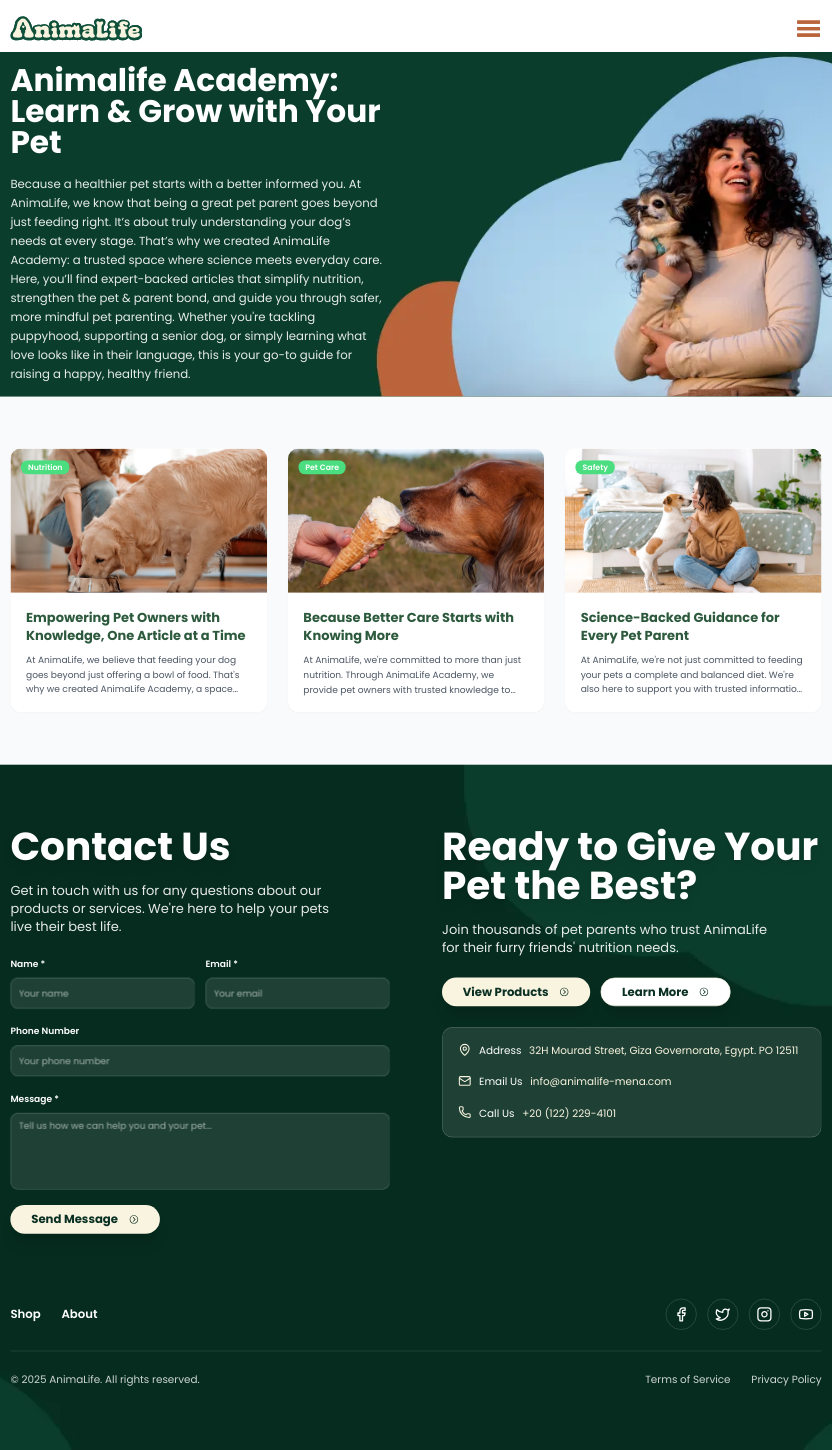
Repository: the-jupiteragency/animalife
Page: /academy
An editor plug-in stored every save of this project. The page is shown before and after the next save, followed by the edit.
The browser window is 1280 px wide. The pictures show the whole page, at 65% of full size.
The project was rebuilt for these pictures with package versions that can differ from the ones it lists, and the page was loaded fresh each time. The framework's server and built-in components were replaced by stand-ins that run in the browser. Also part of the build but not shown: next.config.mjs.

Above is the page before, as saved 2025-08-05 09:35:06.

After the next save:
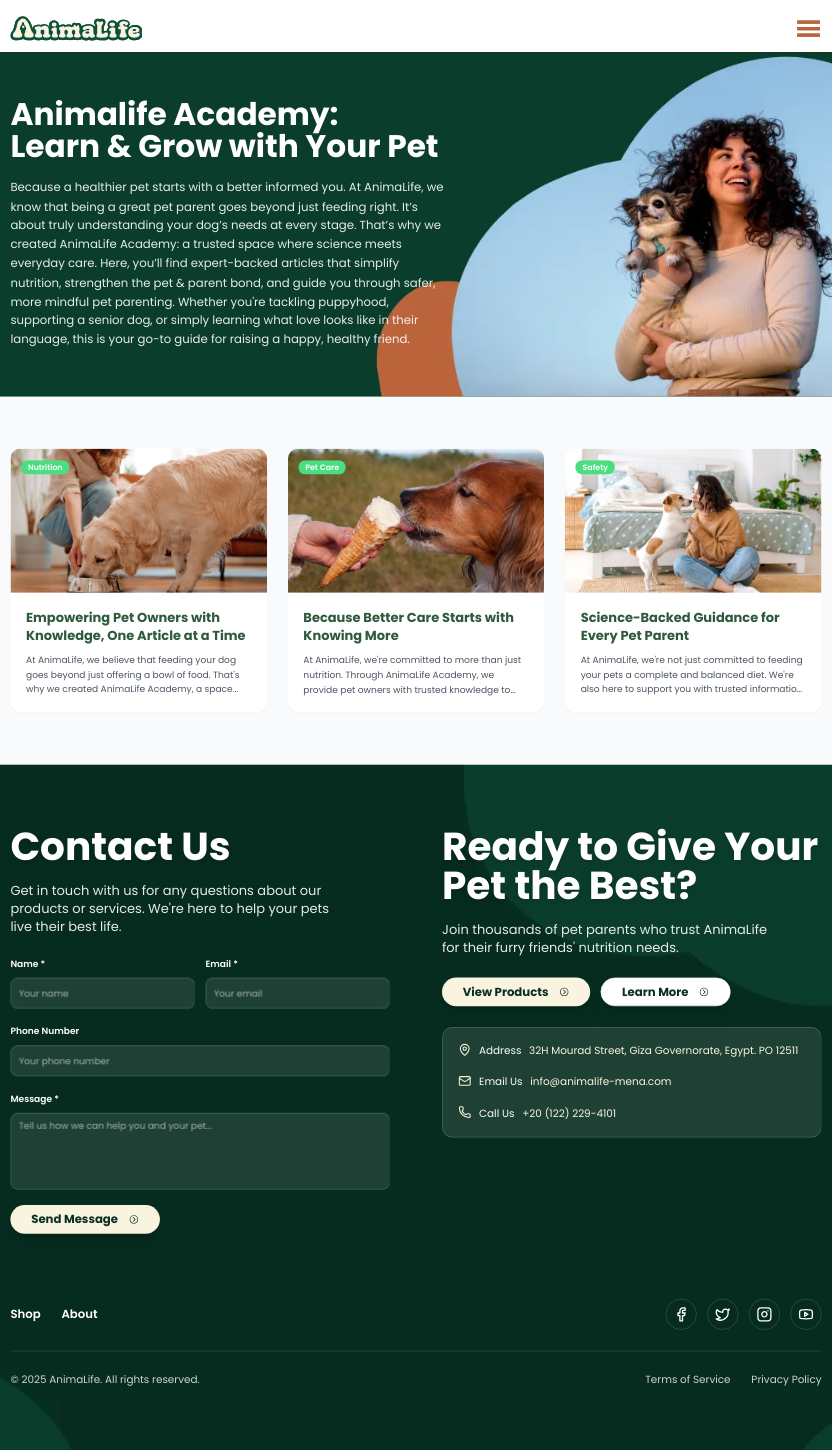
Saved 5 s later.
--- a/app/academy/page.tsx
+++ b/app/academy/page.tsx
@@ -29,7 +29,7 @@
             />
           </div>
           <div className="relative z-10 container mx-auto px-4 h-full flex items-center">
-            <div className="max-w-xl">
+            <div className="max-w-2xl">
               <h1 className="text-4xl md:text-5xl font-bold text-white mb-6">
                 Animalife Academy:
                 <br />
